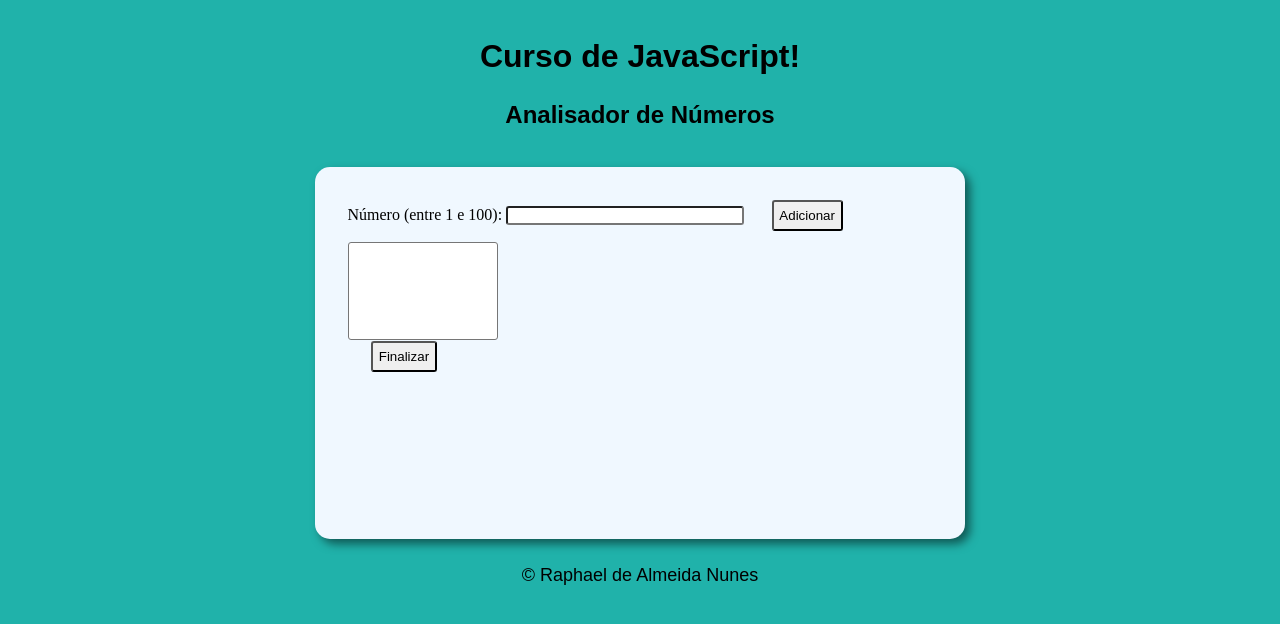
Repository: raphaanunes/codigos
Page: Cursos JavaScript/exercício/analisador de números/analisador.html
The author's editor kept a copy of each file at every save. The page is drawn from the files as they stood at one save, then again after the next save.
The browser window is 1280 px wide. The pictures show the whole page.

Above is the page before, as saved 2024-08-11 14:24:59.

### Cursos JavaScript/exercício/analisador de números/analisador.html
<!DOCTYPE html>
<html lang="pt-BR">

<head>
    <meta charset="UTF-8">
    <meta name="viewport" content="width=device-width, initial-scale=1.0">
    <title> Analisador de Números </title>

    <link rel="stylesheet" href="analisador.css">


</head>

<body>
    <h1> Curso de JavaScript!</h1>
    <h2> Analisador de Números </h2>

    <section> <!-- aqui comeca a section -->


        <div>

            Número (entre 1 e 100):
            <input type="number" name="fnum" id="fnum">
            <input type="button" id="botao" value="Adicionar" onclick="adicionar()">
            <br><select name="flista" id="flista" size="6"></select>
            <br><input type="button" id="botao" value="Finalizar">

        </div>
        <div id="res">

        </div>
    </section><!-- aqui termina o section -->

    <footer>
        <p> &copy; Raphael de Almeida Nunes </p>
    </footer>
    <script src="analisador.js"></script>
</body>

</html>

### Cursos JavaScript/exercício/analisador de números/analisador.css
@charset "UTF-8";
/* geral */
* {
    padding: 0;
    margin: 0;
}
body {
    background-color: lightseagreen;
    color: black;
}

/* seção  */
section{

    background-color: aliceblue;
    width: 650px;
    height: 10%;
    margin-left: auto;
    margin-right: auto;
    margin-top: 3%;
    border-radius: 15px;
    padding: 0% 0% 5% 0%;
    box-shadow: 5px 5px 10px rgba(0, 0, 0, 0.5);

}
h1 {
    font-family: sans-serif;
    font-size: xx-large;
    text-align: center;
    margin-top: 3%;
    color: black;
}

h2 {
    font-family: sans-serif;
    font-size: x-large;
    text-align: center;
    margin: 2%;
    color: black;
}

p{
    font-family: sans-serif;
    font-size: large;
}

    /* input */

    input{
        width: 40%;
        margin-bottom: 1%;
        border-radius: 3px;
    }

    /* botao*/

input#botao{
        padding: 1%;
        width:fit-content;
        margin-left: 4%;
        border-radius: 3px;
    }

div{
    padding: 5%;
    align-items: center;
    justify-content: center;
}

/* rodape */

footer{
    font-family: 'Franklin Gothic Medium', 'Arial Narrow', Arial, sans-serif;
    text-align: center;
    padding: 1%;
    color: black;

    width: 25%;
    margin-left: auto;
    margin-right:auto ;
    margin-top: 1%;
    border-radius: 15px;
}

select#flista{
    width: 150px;
    margin-left: auto;
    margin-right:auto ;
    margin-top: 1%;
    border-radius: 3px;
}

### Cursos JavaScript/exercício/analisador de números/analisador.js
let num = document.querySelector('input#fnum');
let lista = document.querySelector('select#flista');
let res = document.querySelector('div#res');
let valores = []


function isNumero(n){
    if(Number(n) >= 1 && Number(n) <= 100){
        return true
    } else {
        return false
    }
}

function inLista(n, l){
    if (l.indexOf(Number(n)) != -1){
        return true
    } else {
        return false
    }
}


function adicionar(){
    if(isNumero(num.value) && !inLista(num.value, valores)) {
    } else {
        window.alert('Valor inválido ou já encontrado na lista')
    }
}

After the next save:
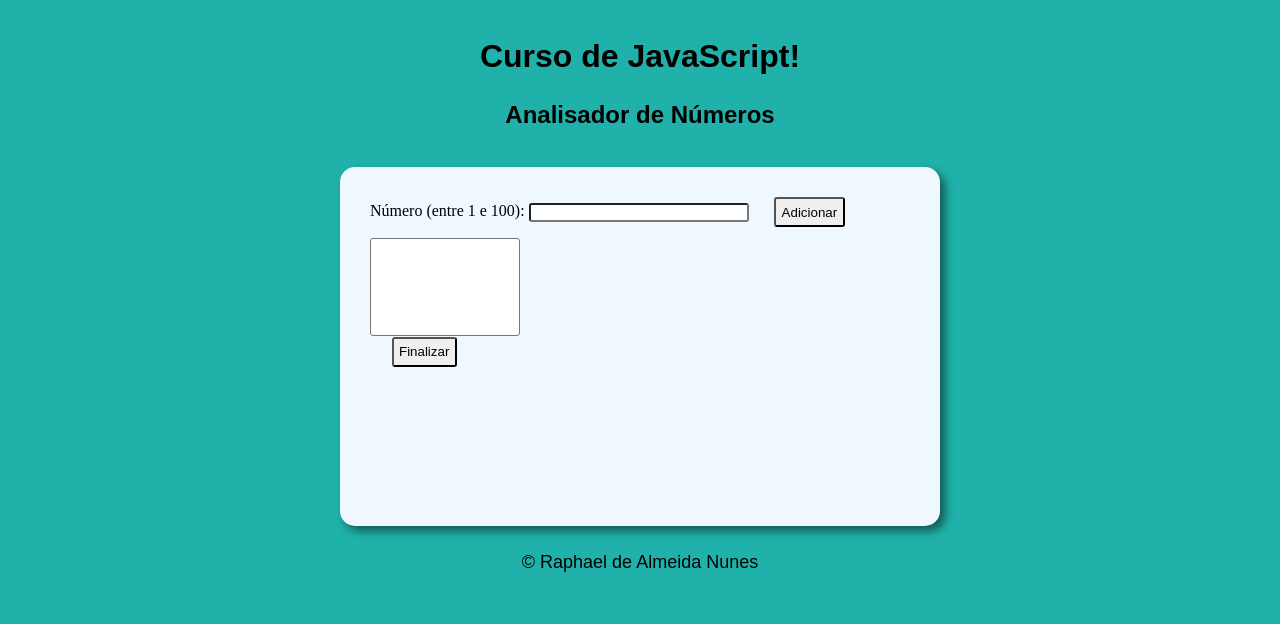
Saved 4 s later.
--- a/Cursos JavaScript/exercício/analisador de números/analisador.css
+++ b/Cursos JavaScript/exercício/analisador de números/analisador.css
@@ -13,7 +13,7 @@ body {
 section{
 
     background-color: aliceblue;
-    width: 650px;
+    width: 600px;
     height: 10%;
     margin-left: auto;
     margin-right: auto;
